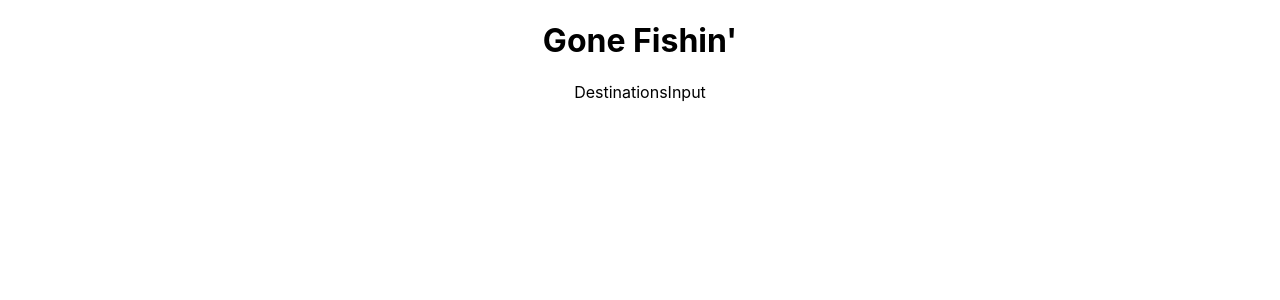
Repository: randysteele/gonefishin-frontend
Page: / (app in gone-fishin-frontend/)
These files come from the project's save history. The page is drawn as it stood at one moment and after the next save; the edit follows.
The browser window is 1280 px wide. The pictures show the whole page.
The page's requests for data from a server got no answer. The project was rebuilt for these pictures with package versions that can differ from the ones it lists, and the page was loaded fresh each time. No one was signed in, and anything a server would have sent is missing.

Above is the page before, as saved 2020-08-03 14:21:23.

After the next save:
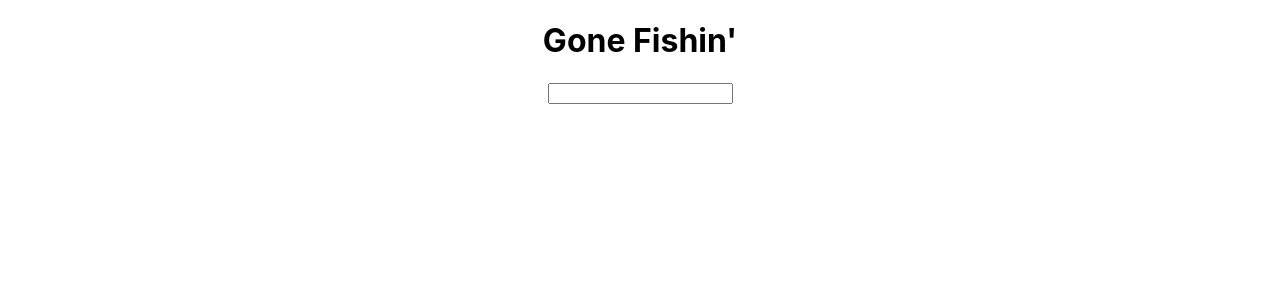
Saved 4 min 59 s later.
--- a/gone-fishin-frontend/src/components/DestinationsInput.js
+++ b/gone-fishin-frontend/src/components/DestinationsInput.js
@@ -7,8 +7,22 @@ class DestinationsInput extends React.Component {
     render() {
         return (
             <div>
-                DestinationsInput
+                <form >
+                    <input type="text">
+
+
+                    </input>
+
+
+                </form>
             </div>
+
+
+// t.string "name"
+// t.string "city"
+// t.string "state"
+// t.string "description"
+
         )
     }
 }
